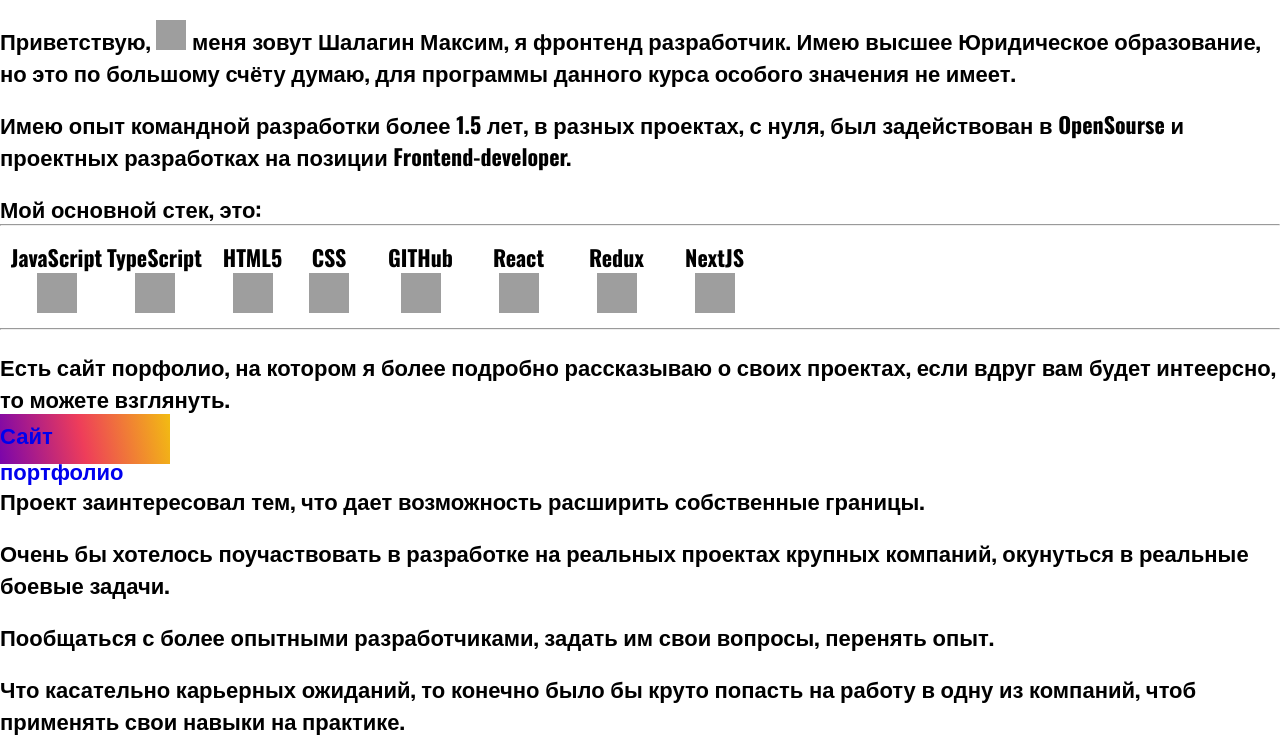
Repository: ni4egonepridumal/letter
Page: index.html
These files come from the project's save history. The page is drawn as it stood at one moment and after the next save; the edit follows.
The browser window is 1280 px wide. The pictures show the whole page.
Pictures or frames that could not be fetched are drawn as grey boxes.

Above is the page before, as saved 2024-01-18 17:47:57.

### index.html
<!DOCTYPE html>
<html lang="en">
  <head>
    <meta charset="UTF-8" />
    <meta name="viewport" content="width=device-width, initial-scale=1.0" />
    <link rel="stylesheet" href="style.css" />
    <link rel="preconnect" href="https://fonts.googleapis.com" />
    <link rel="preconnect" href="https://fonts.gstatic.com" crossorigin />
    <link
      href="https://fonts.googleapis.com/css2?family=Oswald:wght@200..700&display=swap"
      rel="stylesheet"
    />
    <title>Document</title>
  </head>
  <body>
    <div class="container">
      <p>
        Приветствую,
        <span>
          <img
            src="https://upload.wikimedia.org/wikipedia/commons/thumb/1/17/Noto_Emoji_Pie_1f44b_1f3fb.svg/1024px-Noto_Emoji_Pie_1f44b_1f3fb.svg.png"
            width="30"
            height="30"
            alt="smile"
          /> </span
        >меня зовут Шалагин Максим, я фронтенд разработчик. Имею высшее
        Юридическое образование, но это по большому счёту думаю, для программы
        данного курса особого значения не имеет.
      </p>
      <p>
        Имею опыт командной разработки более 1.5 лет, в разных проектах, с нуля,
        был задействован в OpenSourse и проектных разработках на позиции
        Frontend-developer.
      </p>
      <p>Мой основной стек, это:</p>
      <hr />

      <div class="myScills">
        <div class="img">
          <label>JavaScript</label
          ><img
            src="https://raw.githubusercontent.com/devicons/devicon/master/icons/javascript/javascript-original.svg"
            alt="javascript"
            width="40"
            height="40"
          />
        </div>
        <div class="img">
          <label>TypeScript</label
          ><img
            src="https://raw.githubusercontent.com/devicons/devicon/master/icons/typescript/typescript-original.svg"
            alt="typescript"
            width="40"
            height="40"
          />
        </div>
        <div class="img">
          <label>HTML5</label
          ><img
            src="https://raw.githubusercontent.com/devicons/devicon/master/icons/html5/html5-original-wordmark.svg"
            alt="html5"
            width="40"
            height="40"
          />
        </div>
        <div class="img_css">
          <label>CSS</label
          ><img
            src="https://raw.githubusercontent.com/devicons/devicon/master/icons/css3/css3-original-wordmark.svg"
            alt="css3"
            width="40"
            height="40"
          />
        </div>
        <div class="img">
          <label>GITHub</label
          ><img
            src="https://raw.githubusercontent.com/devicons/devicon/master/icons/github/github-original.svg"
            alt="git"
            width="40"
            height="40"
          />
        </div>
        <div class="img">
          <label>React</label
          ><img
            src="https://raw.githubusercontent.com/devicons/devicon/master/icons/react/react-original-wordmark.svg"
            alt="react"
            width="40"
            height="40"
          />
        </div>
        <div class="img">
          <label>Redux</label
          ><img
            src="https://raw.githubusercontent.com/devicons/devicon/master/icons/redux/redux-original.svg"
            alt="redux"
            width="40"
            height="40"
          />
        </div>
        <div class="img">
          <label>NextJS</label
          ><img
            src="https://cdn.worldvectorlogo.com/logos/nextjs-2.svg"
            alt="nextjs"
            width="40"
            height="40"
          />
        </div>
      </div>
      <hr />

      <p>
        Есть сайт порфолио, на котором я более подробно рассказываю о своих
        проектах, если вдруг вам будет интеерсно, то можете взглянуть.
      </p>
      <div class="inner_href">
        <a class="href" href="https://portfolio-three-taupe-20.vercel.app/"
          >Сайт портфолио</a
        >
      </div>
      <p>
        Проект заинтересовал тем, что дает возможность расширить собственные
        границы.
      </p>
      <p>
        Очень бы хотелось поучаствовать в разработке на реальных проектах
        крупных компаний, окунуться в реальные боевые задачи.
      </p>
      <p>
        Пообщаться с более опытными разработчиками, задать им свои вопросы,
        перенять опыт.
      </p>
      <p>
        Что касательно карьерных ожиданий, то конечно было бы круто попасть на
        работу в одну из компаний, чтоб применять свои навыки на практике.
      </p>
    </div>
  </body>
</html>

### style.css
* {
  margin: 0;
  padding: 0;
  box-sizing: border-box;
}

body {
  font-size: 22px;
  font-weight: 700;
  font-family: "Oswald", sans-serif;
}
p {
  margin-top: 20px;
}
.container {
  max-width: 1600px;
  margin: 0 auto;
}
.myScills {
  display: flex;
  flex-wrap: wrap;
  margin: 15px 0;
}
.img {
  width: 83px;
  display: flex;
  justify-content: center;
  flex-wrap: wrap;
  margin-left: 15px;
}
.img_css {
  width: 70px;
  display: flex;
  justify-content: center;
  flex-wrap: wrap;
}
.inner_href {
  width: 170px;
  height: 50px;
  background: linear-gradient(
    78.55deg,
    #7a05ab 0%,
    #ee3d5a 48.44%,
    #f2bc12 100%
  );
}
.href {
  text-decoration: none;
  vertical-align: middle;
}

After the next save:
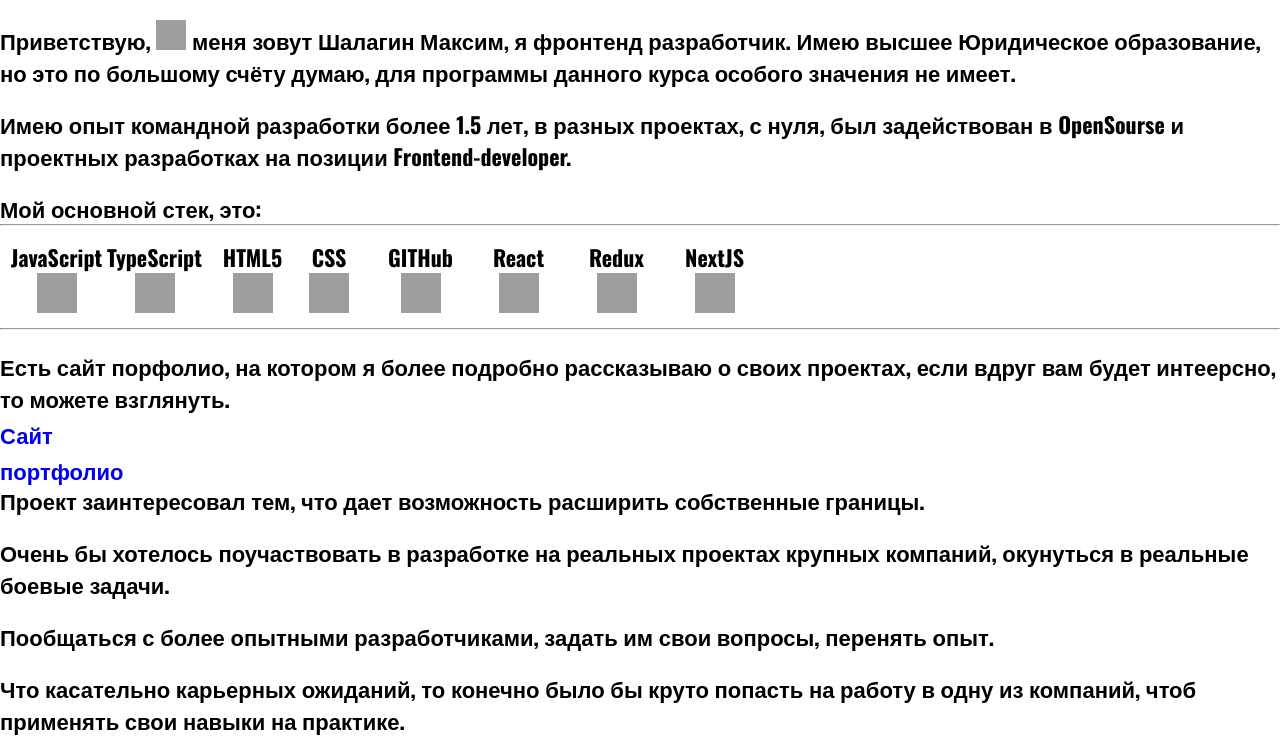
Saved 28 s later.
--- a/style.css
+++ b/style.css
@@ -37,6 +37,7 @@ p {
 .inner_href {
   width: 170px;
   height: 50px;
+  padding: 0 15px
   background: linear-gradient(
     78.55deg,
     #7a05ab 0%,
